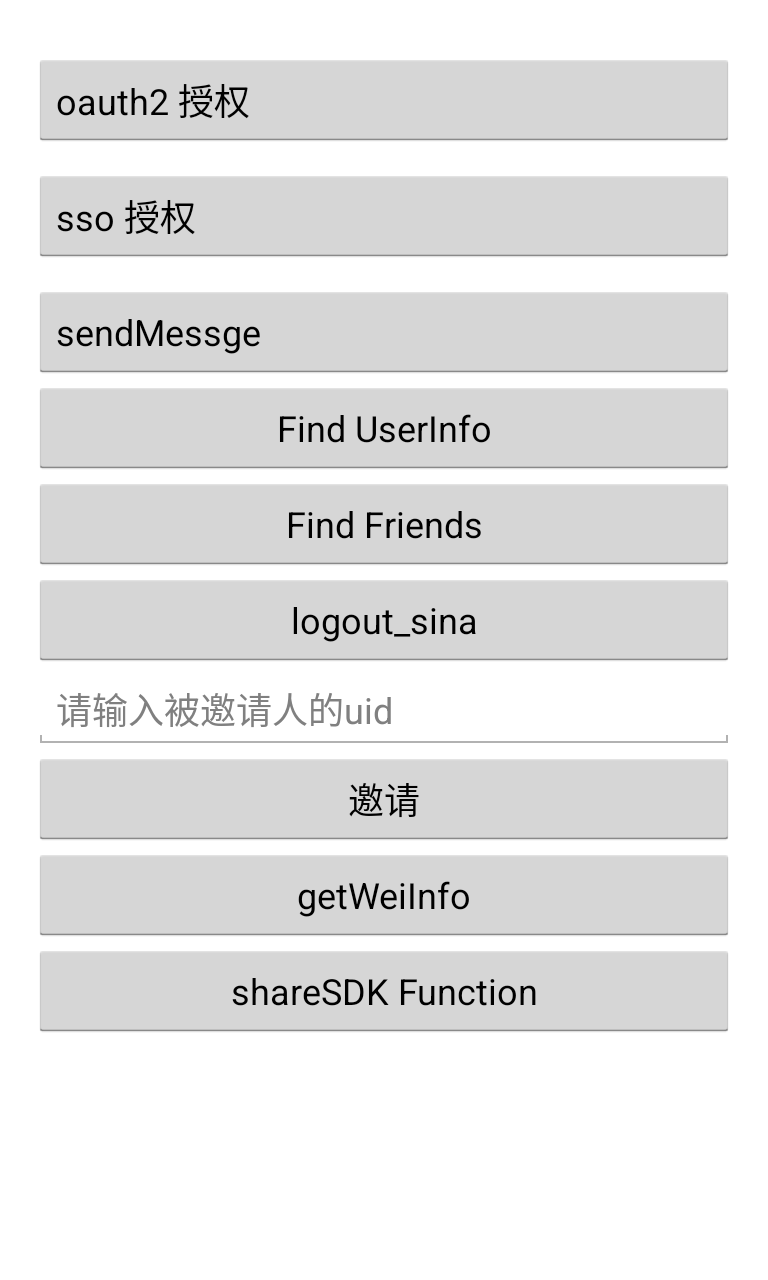
Repository: bestwanghp/sina_AndroidSDK_demo
Layout: XHL/res/layout/activity_main.xml
An editor plug-in stored every save of this project. The layout is shown before and after the next save, followed by the edit.
Pictures or frames that could not be fetched are drawn as grey boxes. It is drawn on a 768 x 1280 px phone screen (xhdpi) without system bars, with theme AppTheme; the app's code is not run.

Above is the layout before, as saved 2013-12-05 06:08:43.

### XHL/res/layout/activity_main.xml
<LinearLayout xmlns:android="http://schemas.android.com/apk/res/android"
    xmlns:tools="http://schemas.android.com/tools"
    android:layout_width="match_parent"
    android:layout_height="match_parent"
    android:orientation="vertical"
    android:paddingBottom="@dimen/activity_vertical_margin"
    android:paddingLeft="@dimen/activity_horizontal_margin"
    android:paddingRight="@dimen/activity_horizontal_margin"
    android:paddingTop="@dimen/activity_vertical_margin"
    tools:context=".WBAuthActivity" >

    <Button
        android:id="@+id/obtain_token_auth"
        android:layout_width="match_parent"
        android:layout_height="wrap_content"
        android:layout_marginTop="10dp"
        android:gravity="left|center_vertical"
        android:text="@string/weibosdk_demo_obtain_token_via_auth"/>
    <Button
        android:id="@+id/obtain_token_via_sso"
        android:layout_width="match_parent"
        android:layout_height="wrap_content"
        android:layout_marginTop="10dp"
        android:gravity="left|center_vertical"
        android:text="@string/weibosdk_demo_obtain_token_via_sso" />

    <Button
        android:id="@+id/sendMsg"
        android:layout_width="match_parent"
        android:layout_height="wrap_content"
        android:layout_marginTop="10dp"
        android:gravity="left|center_vertical"
        android:text="sendMessge" />

    <Button
        android:id="@+id/findUserInfo"
        android:layout_width="match_parent"
        android:layout_height="wrap_content"
        android:text="Find UserInfo"/>

    <Button
        android:id="@+id/findfriendInfo"
        android:layout_width="match_parent"
        android:layout_height="wrap_content"
        android:text="Find Friends"/>

    <Button
            android:id="@+id/logout"
            android:layout_width="fill_parent"
            android:layout_height="wrap_content"
            android:text="logout_sina" />
    <EditText
        android:id="@+id/uid"
        android:layout_width="fill_parent"
        android:layout_height="wrap_content"

    	android:hint="请输入被邀请人的uid"/>

     <Button
     	android:id="@+id/invite"
        android:layout_width="fill_parent"
    	android:layout_height="wrap_content"
    	android:text="邀请"/>
     <Button
     	android:id="@+id/getUserWeibo"
        android:layout_width="fill_parent"
    	android:layout_height="wrap_content"
    	android:text="getWeiInfo"/>
     <Button
     	android:id="@+id/shareSDK"
        android:layout_width="fill_parent"
    	android:layout_height="wrap_content"
    	android:text="shareSDK Function"/>

    <TextView
        android:id="@+id/token_text_view"
        android:layout_width="fill_parent"
        android:layout_height="wrap_content"
        android:textSize="12sp" />
    <TextView
        android:id="@+id/userInfo"
        android:layout_width="match_parent"
        android:layout_height="wrap_content"/>

</LinearLayout>

### XHL/res/values/strings.xml
<?xml version="1.0" encoding="utf-8"?>
<resources>
    <string name="app_name">XHL SDK 2.4</string>
    <string name="action_settings">Settings</string>
    <string name="hello_world">Hello world!</string>
    <string name="weibosdk_demo_obtain_token_via_auth">oauth2 授权</string>
    <string name="weibosdk_demo_obtain_token_via_sso">sso 授权</string>
    <string name="weibosdk_demo_toast_auth_canceled">sso has cancled</string>
    <string name="weibosdk_demo_toast_auth_success" >sso success</string>
    <string name="weibosdk_demo_toast_auth_failed">sso cancle</string>
	<string name="weibosdk_demo_token_to_string_format_1">Token：%1$s \n有效期：%2$s</string>
	<string name="weibosdk_demo_token_has_existed">token has existed</string>
	<string name="logout_failed">logout out failed</string>
	<string name="invite_succ">invite success</string>
	<string name="weibo_hassend">weibo</string>
</resources>

Loaded but not shown: XHL/res/values/styles.xml (common file); XHL/res/values-v11/styles.xml (common file); XHL/res/values-v14/styles.xml (common file); XHL/res/values/dimens.xml (common file); XHL/res/drawable/com_sina_weibo_sdk_login_button_with_account_text.xml (common file)

After the next save:
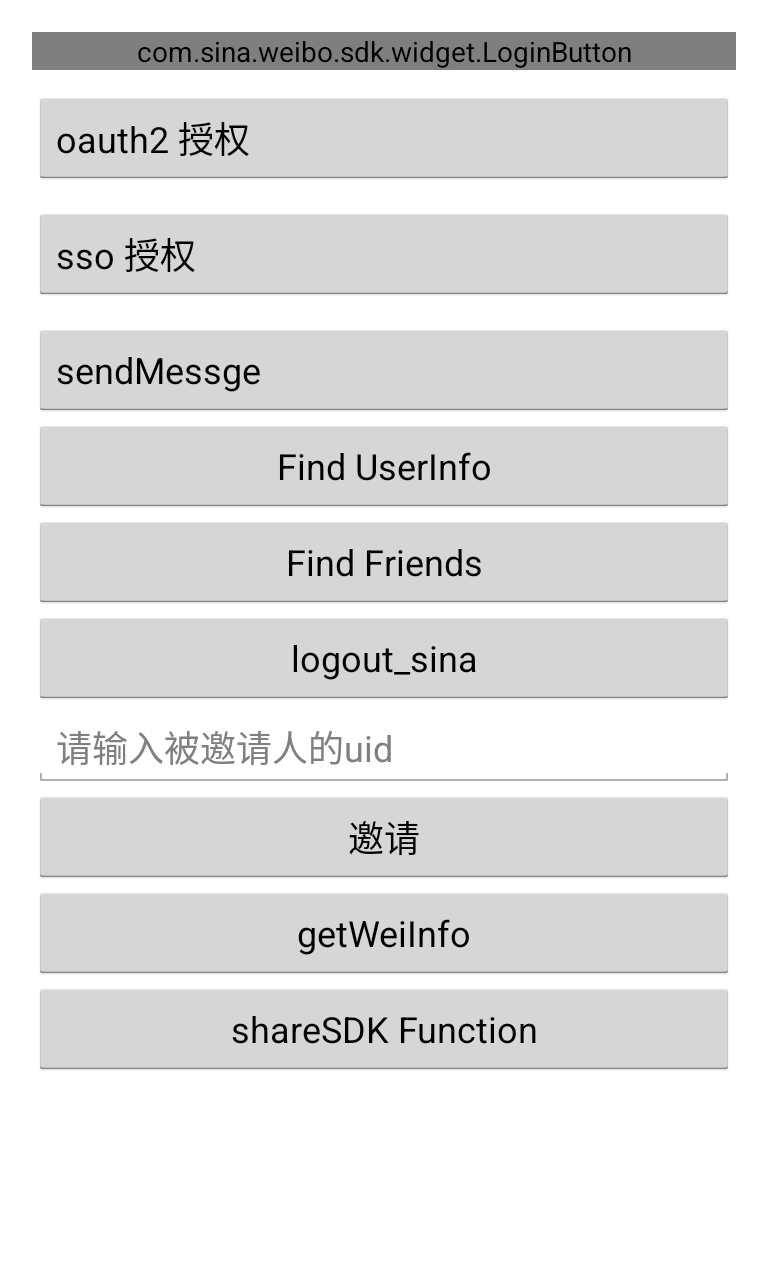
Saved 10 min 31 s later.
--- a/XHL/res/layout/activity_main.xml
+++ b/XHL/res/layout/activity_main.xml
@@ -8,6 +8,12 @@
     android:paddingRight="@dimen/activity_horizontal_margin"
     android:paddingTop="@dimen/activity_vertical_margin"
     tools:context=".WBAuthActivity" >
+    <com.sina.weibo.sdk.widget.LoginButton
+        android:id="@+id/login"
+        android:layout_width="fill_parent"
+        android:layout_height="wrap_content"
+        android:background="@drawable/com_sina_weibo_sdk_login_button_with_account_text"
+        />
 
     <Button
         android:id="@+id/obtain_token_auth"
